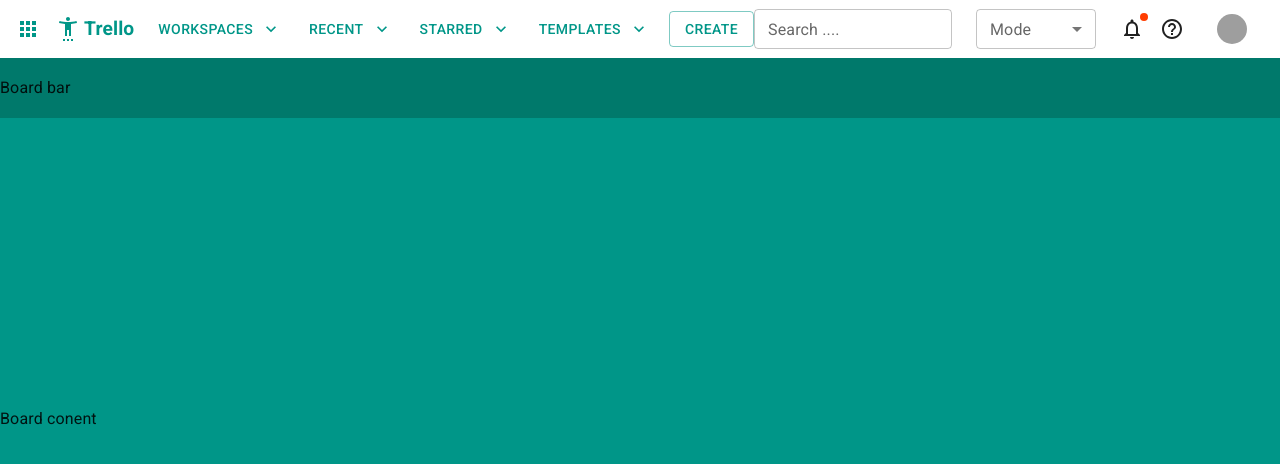
Repository: kieuduc123/trello_web
Page: /
These files come from the project's save history. The page is drawn as it stood at one moment and after the next save; the edit follows.
The browser window is 1280 px wide. The pictures show the whole page.
Pictures or frames that could not be fetched are drawn as grey boxes. The project was rebuilt for these pictures with package versions that can differ from the ones it lists, and the page was loaded fresh each time. Also part of the build but not shown: vite.config.js.

Above is the page before, as saved 2024-03-15 11:03:09.

### index.html
<!doctype html>
<html lang="en">

<head>
  <meta charset="UTF-8" />
  <link rel="icon" type="image/svg+xml" href="https://seeklogo.com/images/T/trello-logo-CE7B690E34-seeklogo.com.png" />
  <meta name="viewport" content="width=device-width, initial-scale=1.0" />
  <title>Trello_App</title>
  <link rel="preconnect" href="https://fonts.googleapis.com" />
  <link rel="preconnect" href="https://fonts.gstatic.com" crossorigin />
  <link rel="stylesheet" href="https://fonts.googleapis.com/css2?family=Roboto:wght@300;400;500;700&display=swap" />
</head>

<body>
  <div id="root"></div>
  <script type="module" src="/src/main.jsx"></script>
</body>

</html>

### src/main.jsx
import * as React from 'react';
import { createRoot } from 'react-dom/client';
import CssBaseline from '@mui/material/CssBaseline';
import { Experimental_CssVarsProvider as CssVarsProvider } from '@mui/material/styles';
import App from '~/App';
import theme from '~/utils/theme';
const rootElement = document.getElementById('root');
const root = createRoot(rootElement);

root.render(
  <React.StrictMode>
    <CssVarsProvider theme={theme}>
      <CssBaseline />
      <App/>
    </CssVarsProvider>
  </React.StrictMode>
);

### src/App.jsx
import BoardDetail from "~/pages/Boards/_id";



const App = () => {
  return (
     <BoardDetail/>
  );
};

export default App;

### src/utils/theme.js
import { cyan, deepOrange, orange, teal } from '@mui/material/colors';
import { experimental_extendTheme as extendTheme } from '@mui/material/styles';

const theme = extendTheme({
  trello: {
    appBarHeight: '58px',
    boarBarHeight: '60px',
  },
  colorSchemes: {
    light: {
      palette: {
        primary: teal,
        secondary: deepOrange,
      },
    },
    dark: {
      palette: {
        primary: cyan,
        secondary: orange,
      },
    },
  },
});

export default theme;

### src/pages/Boards/_id.jsx
import React from 'react';
import { Container} from '@mui/material';
import AppBar from '~/components/AppBar';
import BoardBar from './BoardBar';
import BoardContent from './BoardContent';

const BoardDetail = () => {
  return (
    <Container disableGutters maxWidth={false} sx={{ height: ' 100vh',}}>
      <AppBar/>
      <BoardBar />
      <BoardContent />
   </Container>
  );
};

export default BoardDetail;

### src/components/AppBar/index.jsx
import React from 'react';
import {
  Badge,
  Box,
  Button,
  TextField,
  Tooltip,
  Typography,
} from '@mui/material';
import ModeToggle from '../ModeSelect/ModeToggle';
import AppsIcon from '@mui/icons-material/Apps';
import SettingsAccessibilityIcon from '@mui/icons-material/SettingsAccessibility';
import Workspaces from './Menus/Workspaces';
import Recent from './Menus/Recent';
import Starred from './Menus/Starred';
import Templates from './Menus/Templates';
import NotificationsNoneIcon from '@mui/icons-material/NotificationsNone';
import { HelpOutlineOutlined } from '@mui/icons-material';
import Profiles from './Menus/Profiles';

const AppBar = () => {
  return (
    <Box
      px={2}
      sx={{
        width: '100%',
        height: (theme) => theme.trello.appBarHeight,
        display: 'flex',
        alignItems: 'center',
        justifyContent: 'space-between',
      }}
    >
      <Box sx={{ display: 'flex', alignItems: 'center', gap: 2 }}>
        <AppsIcon sx={{ color: 'primary.main' }} />
        <Box sx={{ display: 'flex', alignItems: 'center', gap: 0.5 }}>
          <SettingsAccessibilityIcon sx={{ color: 'primary.main' }} />
          <Typography
            variant="span"
            sx={{
              fontSize: '1.2rem',
              fontWeight: 'bold',
              color: 'primary.main',
            }}
          >
            Trello
          </Typography>
        </Box>

        <Workspaces />
        <Recent />
        <Starred />
        <Templates />

        <Button variant="outlined">Create</Button>
      </Box>
      <Box sx={{ display: 'flex', alignItems: 'center', gap: 2 }}>
        <TextField
          id="outlined-search"
          size="small"
          label="Search ...."
          type="search"
        />
        <ModeToggle />
        <Tooltip title="Notification">
          <Badge color="secondary" variant="dot" sx={{ cursor: 'pointer' }}>
            <NotificationsNoneIcon />
          </Badge>
        </Tooltip>
        <Tooltip title="help">
         <HelpOutlineOutlined sx={{ cursor: 'pointer' }} />
        </Tooltip>
        <Profiles/>
      </Box>
    </Box>
  );
};

export default AppBar;

### src/pages/Boards/BoardBar/index.jsx
import { Box } from '@mui/material';
import React from 'react';

const BoardBar = () => {
  return (
     <Box sx={{
        backgroundColor: 'primary.dark',
        width: '100%',
         height: (theme) =>  theme.trello.boarBarHeight,
        display: 'flex',
        alignItems: 'center'
      }}>
        Board bar
      </Box>
  );
};

export default BoardBar;

### src/pages/Boards/BoardContent/index.jsx
import React from 'react';
import { Box } from '@mui/material';

const BoardContent = () => {
  return (
    <Box sx={{
        backgroundColor: 'primary.main',
        width: '100%',
        display: 'flex',
         height: (theme) => `calc(100vh - ${theme.trello.appBarHeight} - ${theme.trello.boarBarHeight})`,
        alignItems: 'center',
      }}>
        Board conent
      </Box>
  );
};

export default BoardContent;

### src/components/ModeSelect/ModeToggle.jsx
import { Box, Button } from '@mui/material';
import {
  Experimental_CssVarsProvider as CssVarsProvider,
  experimental_extendTheme as extendTheme,
  useColorScheme,
} from '@mui/material/styles';
import InputLabel from '@mui/material/InputLabel';
import MenuItem from '@mui/material/MenuItem';
import FormControl from '@mui/material/FormControl';
import Select from '@mui/material/Select';
import { LightMode}  from '@mui/icons-material';
import {DarkModeOutlined} from '@mui/icons-material';
import  {SettingsBrightness  }from '@mui/icons-material';
function ModeToggle() {
  const { mode, setMode } = useColorScheme();
   const handleChange = (event) => {
    setMode(event.target.value);
  };
 return (
    <FormControl sx={{ m: 1, minWidth: 120 }} size="small">
      <InputLabel id="label-select-dark-light">Mode</InputLabel>
      <Select
        labelId="label-select-dark-light"
        id="select-dark-light"
        value={mode}
        label="Mode"
        onChange={handleChange}
      >
        <MenuItem value='light'>
          <div style={{
            display: 'flex',
            alignItems: 'center',
            gap: '8px',
          }}>
            <LightMode fontSize='small'/> Light
          </div>
        </MenuItem>
        <MenuItem value='dark'>
           <Box sx={{ display: 'flex',
            alignItems: 'center',
            gap: 1,}}>
            <DarkModeOutlined fontSize='small' />
            Dark
          </Box>
        </MenuItem>
        <MenuItem value='system'>
            <Box sx={{ display: 'flex',
            alignItems: 'center',
            gap: 1,}}>
            <SettingsBrightness fontSize='small' />
            System
          </Box> </MenuItem>
      </Select>
    </FormControl>
  );
}
export default ModeToggle;

### src/components/AppBar/Menus/Workspaces.jsx
import React from 'react';
import { Box, Button } from '@mui/material';
import Menu from '@mui/material/Menu';
import MenuItem from '@mui/material/MenuItem';
import Divider from '@mui/material/Divider';
import ListItemText from '@mui/material/ListItemText';
import ListItemIcon from '@mui/material/ListItemIcon';
import Typography from '@mui/material/Typography';
import ContentCut from '@mui/icons-material/ContentCut';
import ContentCopy from '@mui/icons-material/ContentCopy';
import ContentPaste from '@mui/icons-material/ContentPaste';
import Cloud from '@mui/icons-material/Cloud';
import KeyboardArrowDownIcon from '@mui/icons-material/KeyboardArrowDown';


const Workspaces = () => {
  const [anchorEl, setAnchorEl] = React.useState(null);
  const open = Boolean(anchorEl);
  const handleClick = (event) => {
    setAnchorEl(event.currentTarget);
  };
  const handleClose = () => {
    setAnchorEl(null);
  };

    return (
    <Box>
      <Button
        id="basic-button-workspaces"
        aria-controls={open ? 'basic-menu-workspaces' : undefined}
        aria-haspopup="true"
        aria-expanded={open ? 'true' : undefined}
          onClick={handleClick}
          endIcon={<KeyboardArrowDownIcon/>}
      >
        Workspaces
      </Button>
      <Menu
        id="basic-menu-workspaces"
        aria-labelledby="basic-button-workspaces"
        anchorEl={anchorEl}
        open={open}
        onClose={handleClose}
      >
       <MenuItem>
          <ListItemIcon>
            <ContentCut fontSize="small" />
          </ListItemIcon>
          <ListItemText>Cut</ListItemText>
          <Typography variant="body2" color="text.secondary">
            ⌘X
          </Typography>
        </MenuItem>
        <MenuItem>
          <ListItemIcon>
            <ContentCopy fontSize="small" />
          </ListItemIcon>
          <ListItemText>Copy</ListItemText>
          <Typography variant="body2" color="text.secondary">
            ⌘C
          </Typography>
        </MenuItem>
        <MenuItem>
          <ListItemIcon>
            <ContentPaste fontSize="small" />
          </ListItemIcon>
          <ListItemText>Paste</ListItemText>
          <Typography variant="body2" color="text.secondary">
            ⌘V
          </Typography>
        </MenuItem>
        <Divider />
        <MenuItem>
          <ListItemIcon>
            <Cloud fontSize="small" />
          </ListItemIcon>
          <ListItemText>Web Clipboard</ListItemText>
        </MenuItem>
      </Menu>
    </Box>
  );
}

export default Workspaces;

### src/components/AppBar/Menus/Recent.jsx
import React from 'react';
import { Box, Button } from '@mui/material';
import Menu from '@mui/material/Menu';
import MenuItem from '@mui/material/MenuItem';
import Divider from '@mui/material/Divider';
import ListItemText from '@mui/material/ListItemText';
import ListItemIcon from '@mui/material/ListItemIcon';

import KeyboardArrowDownIcon from '@mui/icons-material/KeyboardArrowDown';
import { Check } from '@mui/icons-material';


const Recent = () => {
  const [anchorEl, setAnchorEl] = React.useState(null);
  const open = Boolean(anchorEl);
  const handleClick = (event) => {
    setAnchorEl(event.currentTarget);
  };
  const handleClose = () => {
    setAnchorEl(null);
  };

    return (
    <Box>
      <Button
        id="basic-button-recent"
        aria-controls={open ? 'basic-menu-recent' : undefined}
        aria-haspopup="true"
        aria-expanded={open ? 'true' : undefined}
          onClick={handleClick}
          endIcon={<KeyboardArrowDownIcon/>}
      >
        recent
      </Button>
      <Menu
        id="basic-menu-recent"
        aria-labelledby="basic-button-recent"
        anchorEl={anchorEl}
        open={open}
        onClose={handleClose}
      >
      <MenuItem>
          <ListItemText inset>Single</ListItemText>
        </MenuItem>
        <MenuItem>
          <ListItemText inset>1.15</ListItemText>
        </MenuItem>
        <MenuItem>
          <ListItemText inset>Double</ListItemText>
        </MenuItem>
        <MenuItem>
          <ListItemIcon>
            <Check />
          </ListItemIcon>
          Custom: 1.2
        </MenuItem>
        <Divider />
        <MenuItem>
          <ListItemText>Add space before paragraph</ListItemText>
        </MenuItem>
        <MenuItem>
          <ListItemText>Add space after paragraph</ListItemText>
        </MenuItem>
        <Divider />
        <MenuItem>
          <ListItemText>Custom spacing...</ListItemText>
        </MenuItem>
      </Menu>
    </Box>
  );
}

export default Recent;

### src/components/AppBar/Menus/Starred.jsx
import React from 'react';
import { Box, Button } from '@mui/material';
import Menu from '@mui/material/Menu';
import MenuItem from '@mui/material/MenuItem';
import Divider from '@mui/material/Divider';
import ListItemText from '@mui/material/ListItemText';
import ListItemIcon from '@mui/material/ListItemIcon';

import KeyboardArrowDownIcon from '@mui/icons-material/KeyboardArrowDown';
import { Check } from '@mui/icons-material';


const Starred = () => {
  const [anchorEl, setAnchorEl] = React.useState(null);
  const open = Boolean(anchorEl);
  const handleClick = (event) => {
    setAnchorEl(event.currentTarget);
  };
  const handleClose = () => {
    setAnchorEl(null);
  };

    return (
    <Box>
      <Button
        id="basic-button-starred"
        aria-controls={open ? 'basic-menu-starred' : undefined}
        aria-haspopup="true"
        aria-expanded={open ? 'true' : undefined}
          onClick={handleClick}
          endIcon={<KeyboardArrowDownIcon/>}
      >
        starred
      </Button>
      <Menu
        id="basic-menu-starred"
        aria-labelledby="basic-button-starred"
        anchorEl={anchorEl}
        open={open}
        onClose={handleClose}
      >
      <MenuItem>
          <ListItemText inset>Single</ListItemText>
        </MenuItem>
        <MenuItem>
          <ListItemText inset>1.15</ListItemText>
        </MenuItem>
        <MenuItem>
          <ListItemText inset>Double</ListItemText>
        </MenuItem>
        <MenuItem>
          <ListItemIcon>
            <Check />
          </ListItemIcon>
          Custom: 1.2
        </MenuItem>
        <Divider />
        <MenuItem>
          <ListItemText>Add space before paragraph</ListItemText>
        </MenuItem>
        <MenuItem>
          <ListItemText>Add space after paragraph</ListItemText>
        </MenuItem>
        <Divider />
        <MenuItem>
          <ListItemText>Custom spacing...</ListItemText>
        </MenuItem>
      </Menu>
    </Box>
  );
}

export default Starred;

### src/components/AppBar/Menus/Templates.jsx
import React from 'react';
import { Box, Button } from '@mui/material';
import Menu from '@mui/material/Menu';
import MenuItem from '@mui/material/MenuItem';
import Divider from '@mui/material/Divider';
import ListItemText from '@mui/material/ListItemText';
import ListItemIcon from '@mui/material/ListItemIcon';

import KeyboardArrowDownIcon from '@mui/icons-material/KeyboardArrowDown';
import { Check } from '@mui/icons-material';


const Templates = () => {
  const [anchorEl, setAnchorEl] = React.useState(null);
  const open = Boolean(anchorEl);
  const handleClick = (event) => {
    setAnchorEl(event.currentTarget);
  };
  const handleClose = () => {
    setAnchorEl(null);
  };

    return (
    <Box>
      <Button
        id="basic-button-templates"
        aria-controls={open ? 'basic-menu-templates' : undefined}
        aria-haspopup="true"
        aria-expanded={open ? 'true' : undefined}
          onClick={handleClick}
          endIcon={<KeyboardArrowDownIcon/>}
      >
        templates
      </Button>
      <Menu
        id="basic-menu-templates"
        aria-labelledby="basic-button-templates"
        anchorEl={anchorEl}
        open={open}
        onClose={handleClose}
      >
      <MenuItem>
          <ListItemText inset>Single</ListItemText>
        </MenuItem>
        <MenuItem>
          <ListItemText inset>1.15</ListItemText>
        </MenuItem>
        <MenuItem>
          <ListItemText inset>Double</ListItemText>
        </MenuItem>
        <MenuItem>
          <ListItemIcon>
            <Check />
          </ListItemIcon>
          Custom: 1.2
        </MenuItem>
        <Divider />
        <MenuItem>
          <ListItemText>Add space before paragraph</ListItemText>
        </MenuItem>
        <MenuItem>
          <ListItemText>Add space after paragraph</ListItemText>
        </MenuItem>
        <Divider />
        <MenuItem>
          <ListItemText>Custom spacing...</ListItemText>
        </MenuItem>
      </Menu>
    </Box>
  );
}

export default Templates;

### src/components/AppBar/Menus/Profiles.jsx
import React from 'react';
import { Avatar, Box, Button } from '@mui/material';
import Menu from '@mui/material/Menu';
import MenuItem from '@mui/material/MenuItem';
import Divider from '@mui/material/Divider';
import ListItemText from '@mui/material/ListItemText';
import ListItemIcon from '@mui/material/ListItemIcon';
import { Check } from '@mui/icons-material';


const Profiles = () => {
  const [anchorEl, setAnchorEl] = React.useState(null);
  const open = Boolean(anchorEl);
  const handleClick = (event) => {
    setAnchorEl(event.currentTarget);
  };
  const handleClose = () => {
    setAnchorEl(null);
  };

    return (
    <Box>
        <Button
          sx={{padding: 0}}
        id="basic-button-profile"
        aria-controls={open ? 'basic-menu-profile' : undefined}
        aria-haspopup="true"
        aria-expanded={open ? 'true' : undefined}
          onClick={handleClick}
      >
          <Avatar
            alt='DucKieu'
            src='https://scontent.fhan14-1.fna.fbcdn.net/v/t39.30808-6/289339360_829188891381135_4968971814826901530_n.jpg?_nc_cat=101&ccb=1-7&_nc_sid=5f2048&_nc_eui2=AeGrIPDATo4wcl2rtG7o6IbHGJ-MWi1NtSkYn4xaLU21KdQ1f9onnD154GOnUQscTeDqy5ads0gh6caqaoZeBTgt&_nc_ohc=ia2xEJfijk0AX_9wZMe&_nc_ht=scontent.fhan14-1.fna&oh=00_AfAwYHQecFT54lXxJ2AhVFyfT1Iu2dahJIw-JyTsWgnJxA&oe=65F94DAB'

            sx={{ width: 30, height: 30 }}/>
      </Button>
      <Menu
        id="basic-menu-profile"
        aria-labelledby="basic-button-profile"
        anchorEl={anchorEl}
        open={open}
        onClose={handleClose}
      >
      <MenuItem>
          <ListItemText inset>Single</ListItemText>
        </MenuItem>
        <MenuItem>
          <ListItemText inset>1.15</ListItemText>
        </MenuItem>
        <MenuItem>
          <ListItemText inset>Double</ListItemText>
        </MenuItem>
        <MenuItem>
          <ListItemIcon>
            <Check />
          </ListItemIcon>
          Custom: 1.2
        </MenuItem>
        <Divider />
        <MenuItem>
          <ListItemText>Add space before paragraph</ListItemText>
        </MenuItem>
        <MenuItem>
          <ListItemText>Add space after paragraph</ListItemText>
        </MenuItem>
        <Divider />
        <MenuItem>
          <ListItemText>Custom spacing...</ListItemText>
        </MenuItem>
      </Menu>
    </Box>
  );
}

export default Profiles;

After the next save:
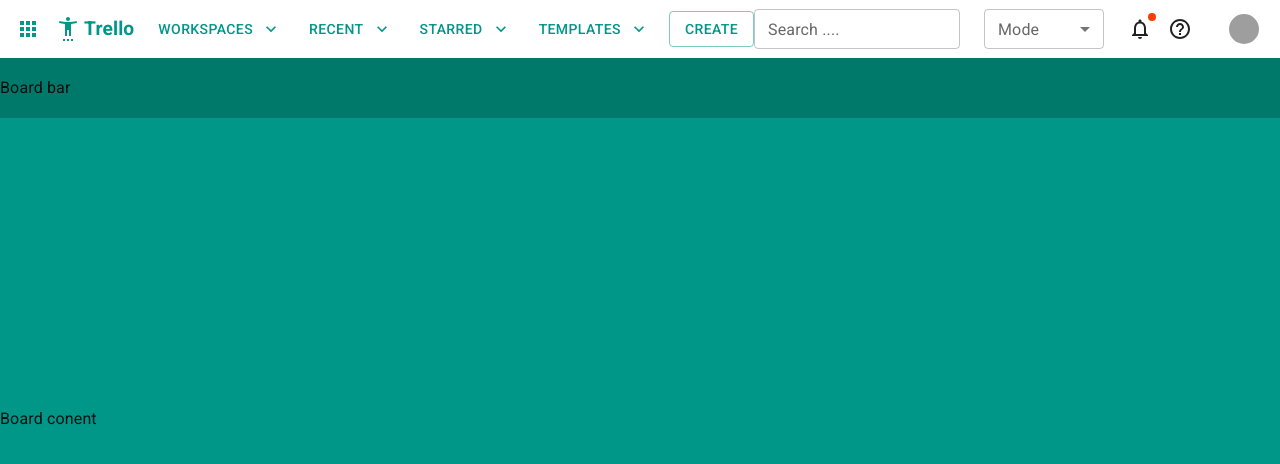
Saved 2 min 0 s later.
--- a/src/components/AppBar/Menus/Profiles.jsx
+++ b/src/components/AppBar/Menus/Profiles.jsx
@@ -1,5 +1,5 @@
 import React from 'react';
-import { Avatar, Box, Button } from '@mui/material';
+import { Avatar, Box, Button, IconButton, Tooltip } from '@mui/material';
 import Menu from '@mui/material/Menu';
 import MenuItem from '@mui/material/MenuItem';
 import Divider from '@mui/material/Divider';
@@ -20,20 +20,22 @@
 
     return (
     <Box>
-        <Button
-          sx={{padding: 0}}
-        id="basic-button-profile"
-        aria-controls={open ? 'basic-menu-profile' : undefined}
-        aria-haspopup="true"
-        aria-expanded={open ? 'true' : undefined}
-          onClick={handleClick}
-      >
-          <Avatar
+         <Tooltip title="Account settings">
+          <IconButton
+            onClick={handleClick}
+            size="small"
+            sx={{ ml: 2 }}
+            aria-controls={open ? 'account-menu' : undefined}
+            aria-haspopup="true"
+            aria-expanded={open ? 'true' : undefined}
+          >
+            <Avatar
             alt='DucKieu'
             src='https://scontent.fhan14-1.fna.fbcdn.net/v/t39.30808-6/289339360_829188891381135_4968971814826901530_n.jpg?_nc_cat=101&ccb=1-7&_nc_sid=5f2048&_nc_eui2=AeGrIPDATo4wcl2rtG7o6IbHGJ-MWi1NtSkYn4xaLU21KdQ1f9onnD154GOnUQscTeDqy5ads0gh6caqaoZeBTgt&_nc_ohc=ia2xEJfijk0AX_9wZMe&_nc_ht=scontent.fhan14-1.fna&oh=00_AfAwYHQecFT54lXxJ2AhVFyfT1Iu2dahJIw-JyTsWgnJxA&oe=65F94DAB'
 
             sx={{ width: 30, height: 30 }}/>
-      </Button>
+          </IconButton>
+        </Tooltip>
       <Menu
         id="basic-menu-profile"
         aria-labelledby="basic-button-profile"
